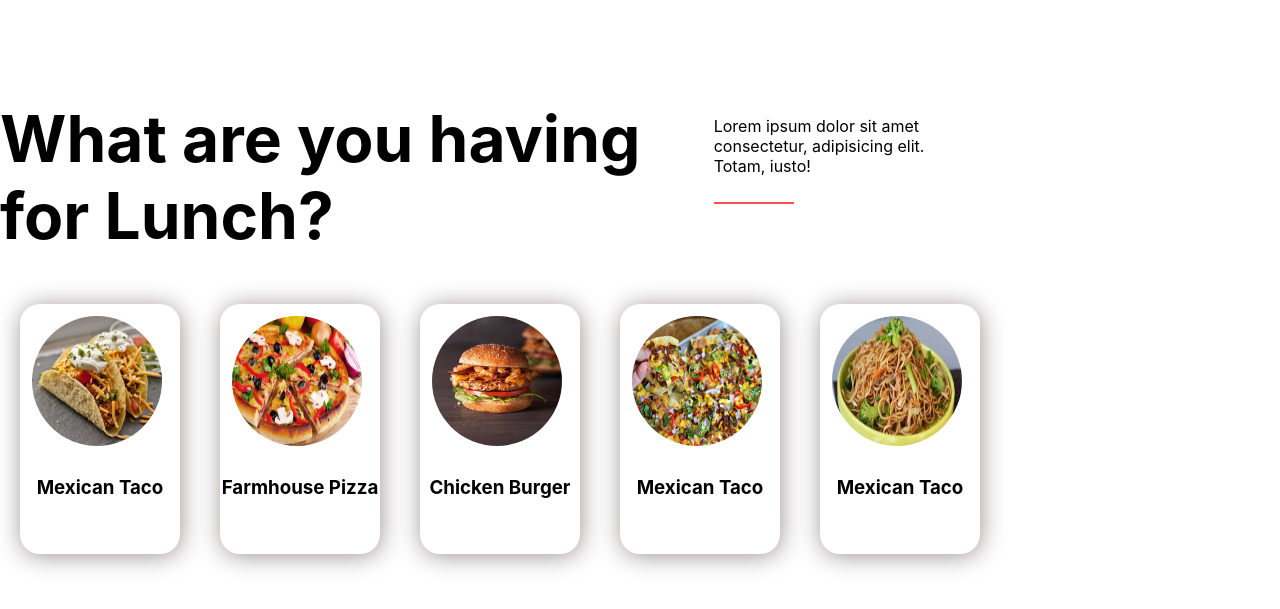
Repository: Marlstergo/assignment2
Page: /
These files come from the project's save history. The page is drawn as it stood at one moment and after the next save; the edit follows.
The browser window is 1280 px wide. The pictures show the whole page.
The project was rebuilt for these pictures with package versions that can differ from the ones it lists, and the page was loaded fresh each time.

Above is the page before, as saved 2021-07-27 15:01:28.

After the next save:
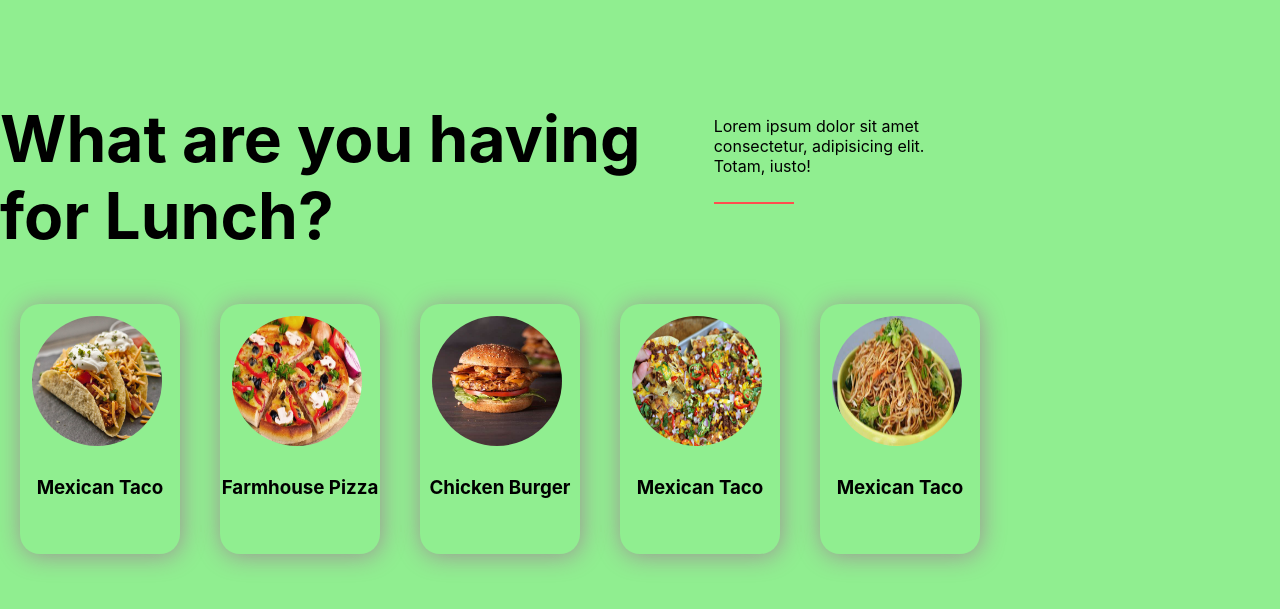
Saved 29 min 17 s later.
--- a/src/App.css
+++ b/src/App.css
@@ -178,3 +178,9 @@ img{
   text-decoration: underline;
   text-decoration: rgb(255,78,78);
 }
+
+@media screen and (min-width: 480px) {
+  body {
+    background-color: lightgreen;
+  }
+}
